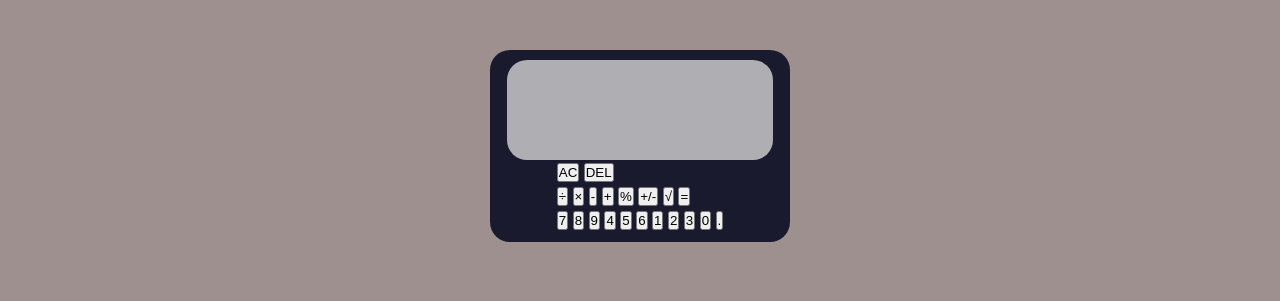
Repository: MikkyPrestige/js-calculator
Page: index.html
These files come from the project's save history. The page is drawn as it stood at one moment and after the next save; the edit follows.
The browser window is 1280 px wide. The pictures show the whole page.

Above is the page before, as saved 2023-05-08 01:04:36.

After the next save:
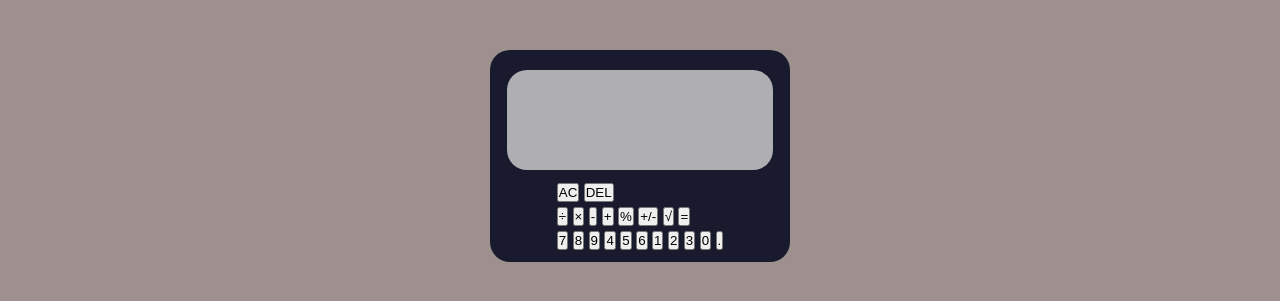
Saved 57 s later.
--- a/index.css
+++ b/index.css
@@ -52,4 +52,10 @@ main {
   -moz-border-radius: 2rem;
   -ms-border-radius: 2rem;
   -o-border-radius: 2rem;
+  display: flex;
+  flex-direction: column;
+  justify-content: space-around;
+  align-items: flex-end;
+  padding: 1rem;
+  margin: 1rem 0;
 }
